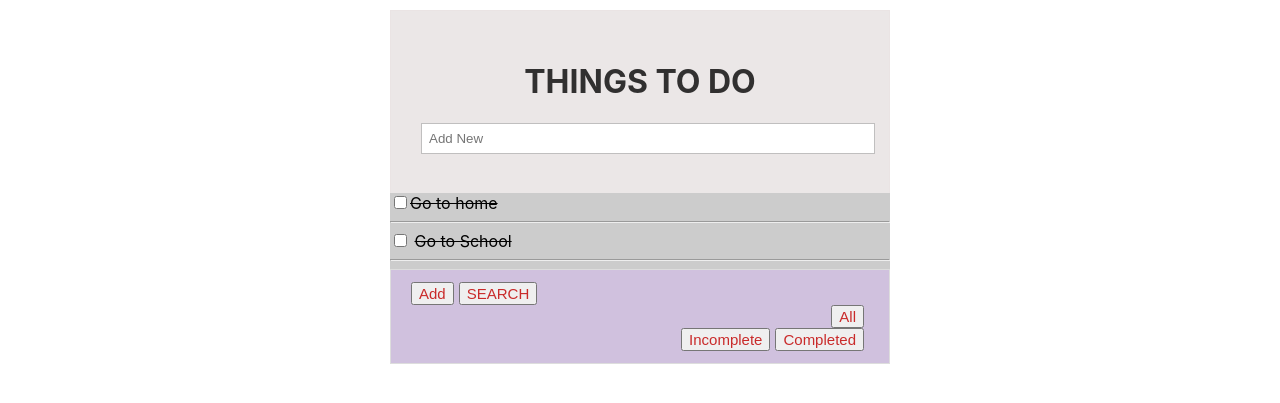
Repository: kirangautam45/To-Do-Application
Page: /
These files come from the project's save history. The page is drawn as it stood at one moment and after the next save; the edit follows.
The browser window is 1280 px wide. The pictures show the whole page.
The project was rebuilt for these pictures with package versions that can differ from the ones it lists, and the page was loaded fresh each time.

Above is the page before, as saved 2022-08-11 14:38:43.

After the next save:
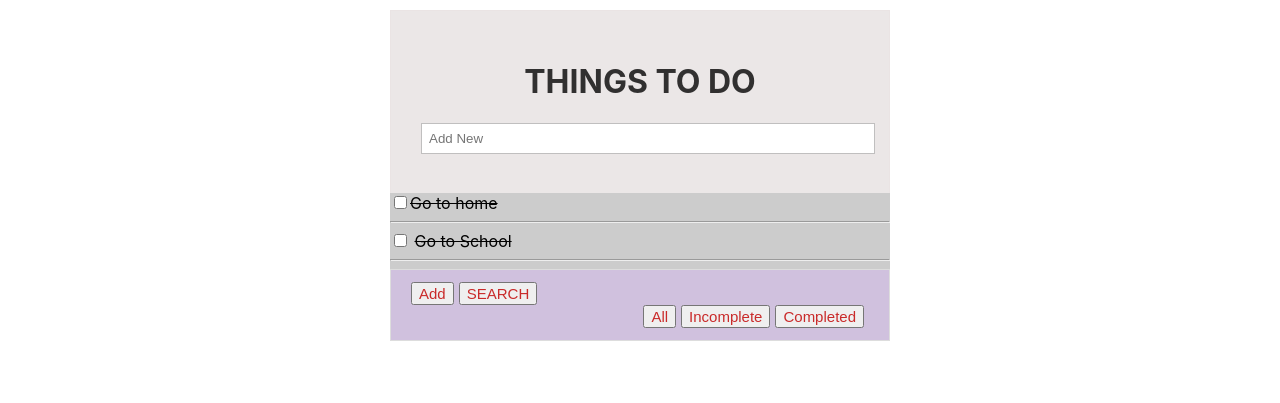
Saved 7 s later.
--- a/src/App.js
+++ b/src/App.js
@@ -24,7 +24,7 @@ function App() {
               <button className="Icon_button">SEARCH</button>
             </div>
             <div className="Icon_right">
-               <div><button className="Icon_button">All</button> </div>
+              <button className="Icon_button">All</button>
               <button className="Icon_button">Incomplete</button>
               <button className="Icon_button">Completed</button>
             </div>
